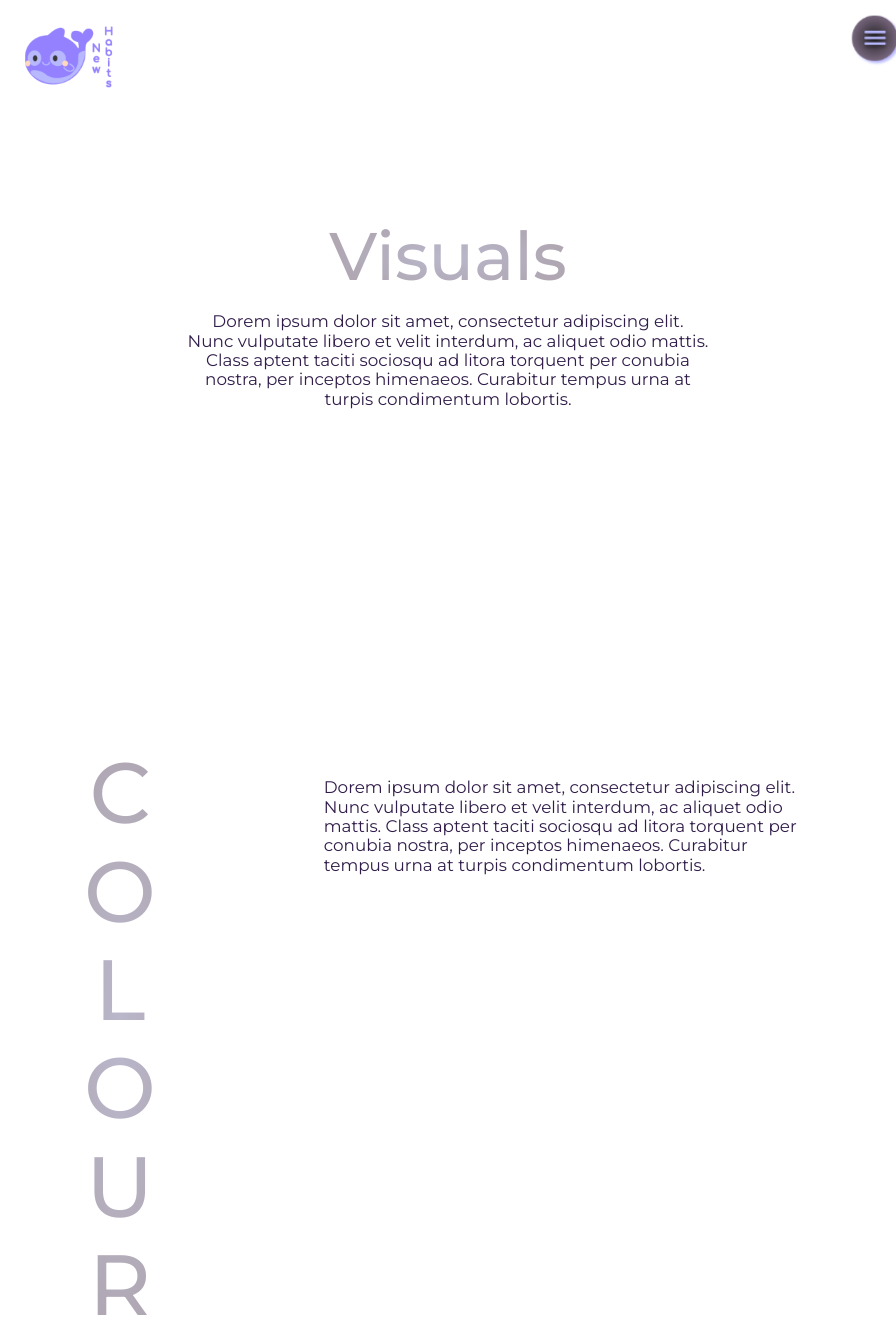
Repository: sierralaurent/Styleguide-Big_Project
Page: visuals.html
An editor plug-in stored every save of this project. The page is shown before and after the next save, followed by the edit.
The browser window is 1280 px wide. The pictures show the part of the page from y = 0 to 1920 px (the page is 3164 px tall), at 70% of full size.
Some web fonts or font styles are not loaded; a fallback is used.

Above is the page before, as saved 2023-03-10 13:48:49.

After the next save:
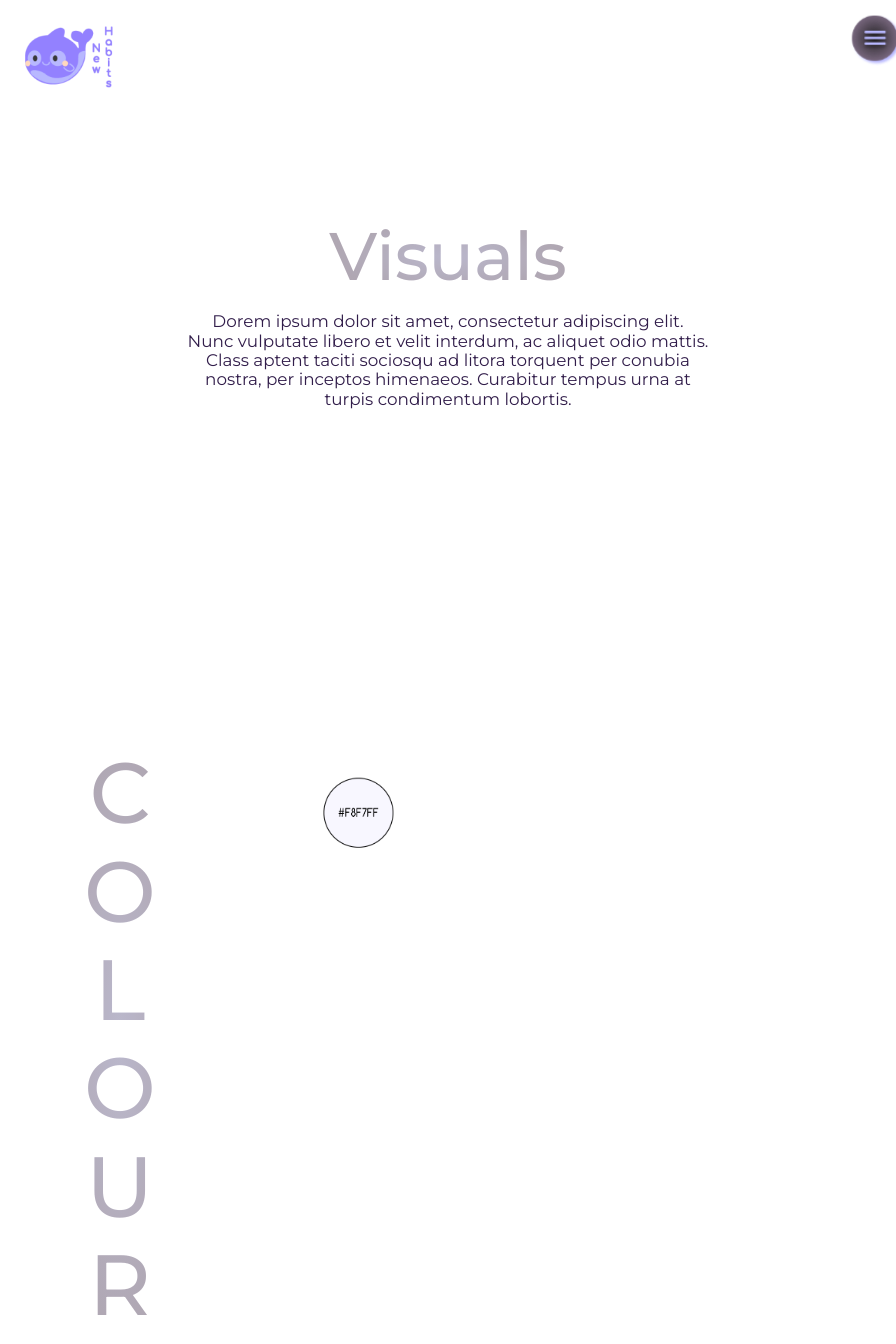
Saved 48 min 43 s later.
--- a/visuals.html
+++ b/visuals.html
@@ -70,11 +70,7 @@
             <br />
           </p>
           <div class="home-text17 body">
-            Dorem ipsum dolor sit amet, consectetur adipiscing elit. Nunc
-            vulputate libero et velit interdum, ac aliquet odio mattis. Class
-            aptent taciti sociosqu ad litora torquent per conubia nostra, per
-            inceptos himenaeos. Curabitur tempus urna at turpis condimentum
-            lobortis.
+           <img src="assets/colours/Creme.png" alt="Creme" width="100px" height="100px">
           </div>
         </div>
         <div class="home-container3">
